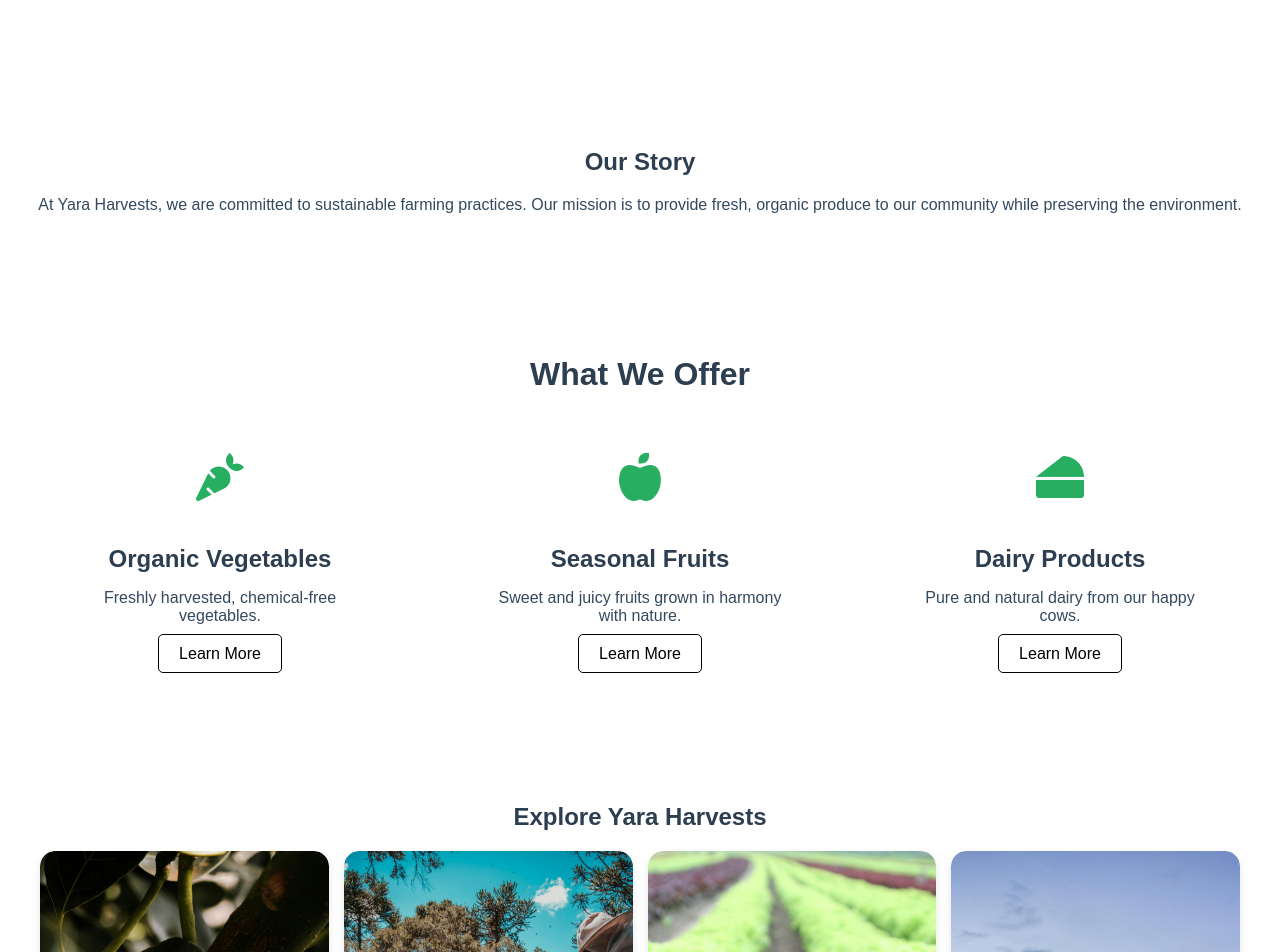
Repository: Kanyi-Manyara/yara-farm
Page: index.html
The author's editor kept a copy of each file at every save. The page is drawn from the files as they stood at one save, then again after the next save.
The browser window is 1280 px wide. The pictures show the part of the page from y = 642 to 1594 px (the page is 3678 px tall).
Pictures or frames that could not be fetched are drawn as grey boxes.

Above is the page before, as saved 2025-02-22 14:00:06.
Console error: TypeError: Cannot read properties of null (reading 'addEventListener')

After the next save:
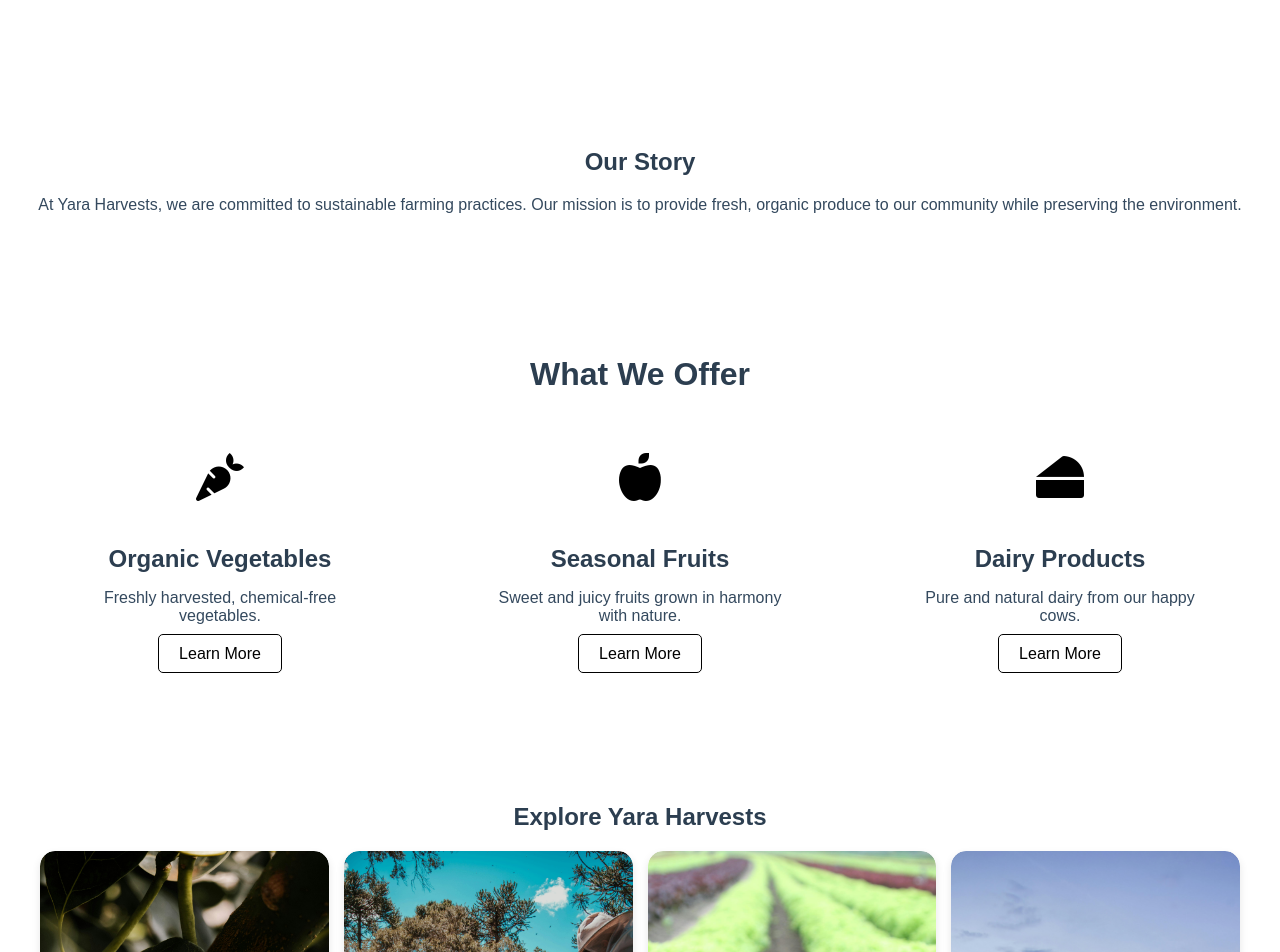
Saved 3 min 15 s later.
--- a/style.css
+++ b/style.css
@@ -206,7 +206,7 @@ body {
 
   .product-card i {
     font-size: 3rem;
-    color: #27ae60;
+    color: black;
     margin-bottom: 20px;
   }
 
